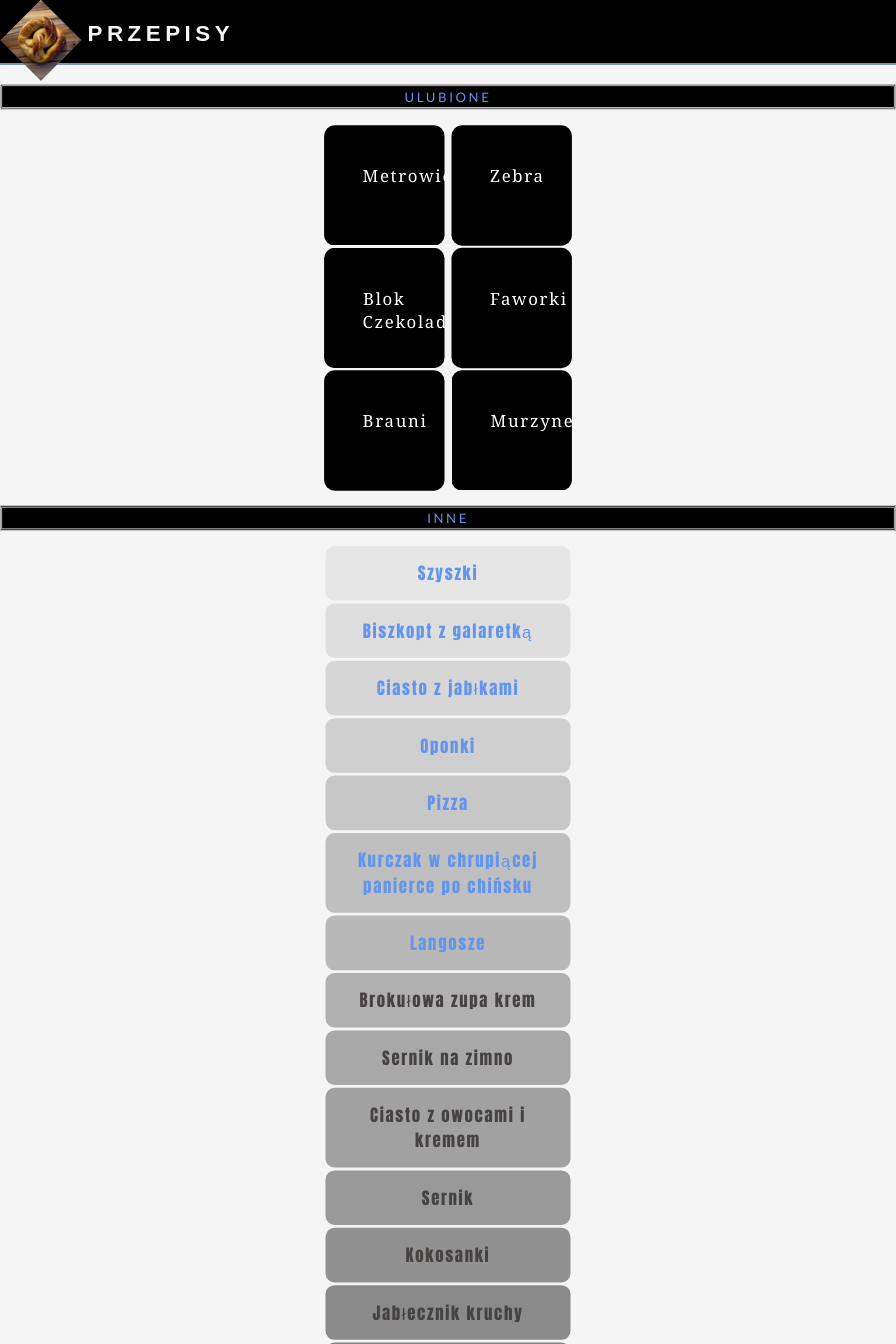
Repository: yaoayh/przepisy
Page: index.html
These files come from the project's save history. The page is drawn as it stood at one moment and after the next save; the edit follows.
The browser window is 1280 px wide. The pictures show the part of the page from y = 0 to 1920 px (the page is 3159 px tall), at 70% of full size.

Above is the page before, as saved 2020-08-14 00:23:13.

After the next save:
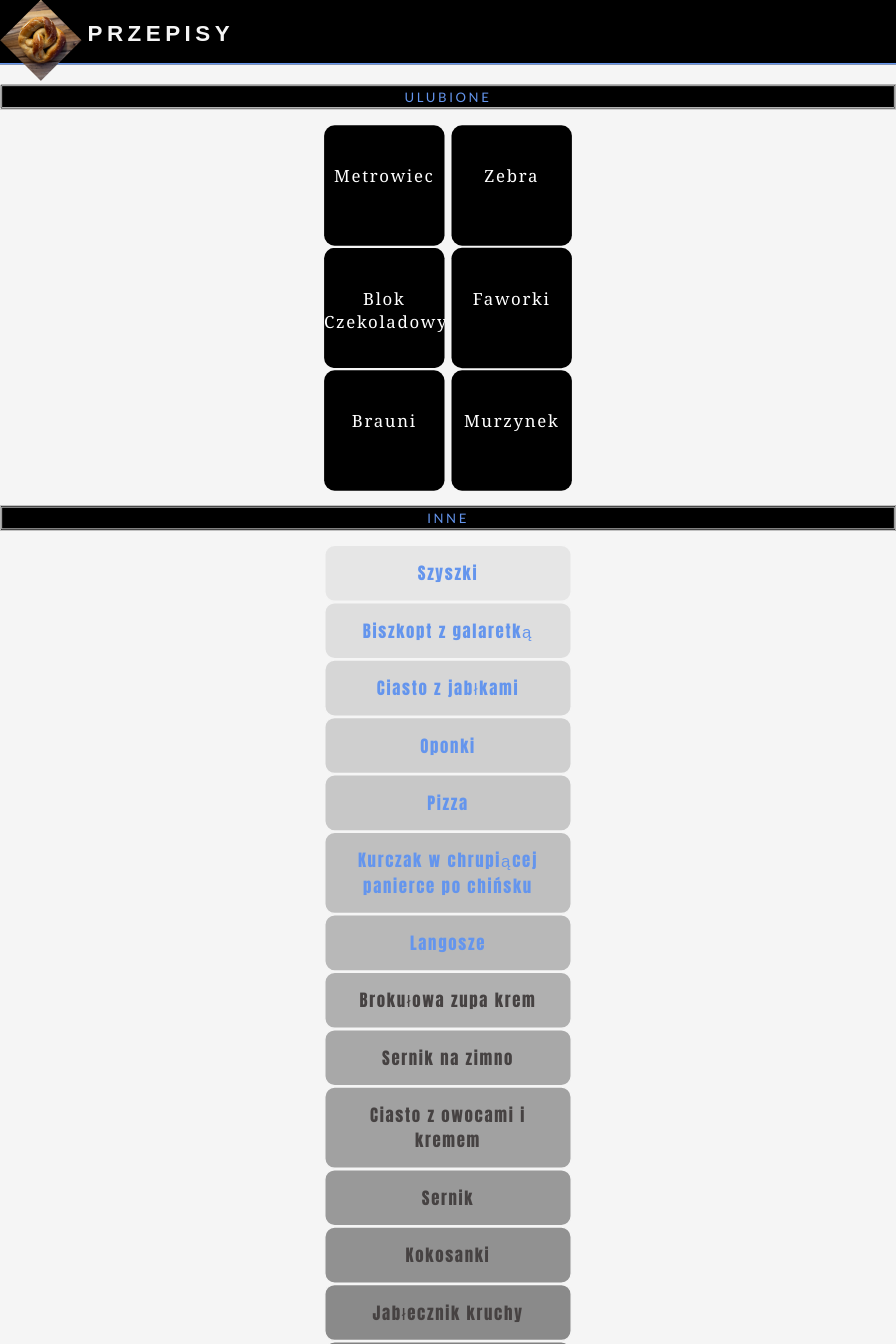
Saved 7 s later.
--- a/css/styles.css
+++ b/css/styles.css
@@ -92,7 +92,7 @@ form.head_Sqares {
 p {
     border-radius: 5px;
     text-decoration: none;
-    padding: 55px;
+    padding-top: 55px;
     text-align: center;
     font-family: Georgia, 'Times New Roman', Times, serif;
     font-size: x-large;
